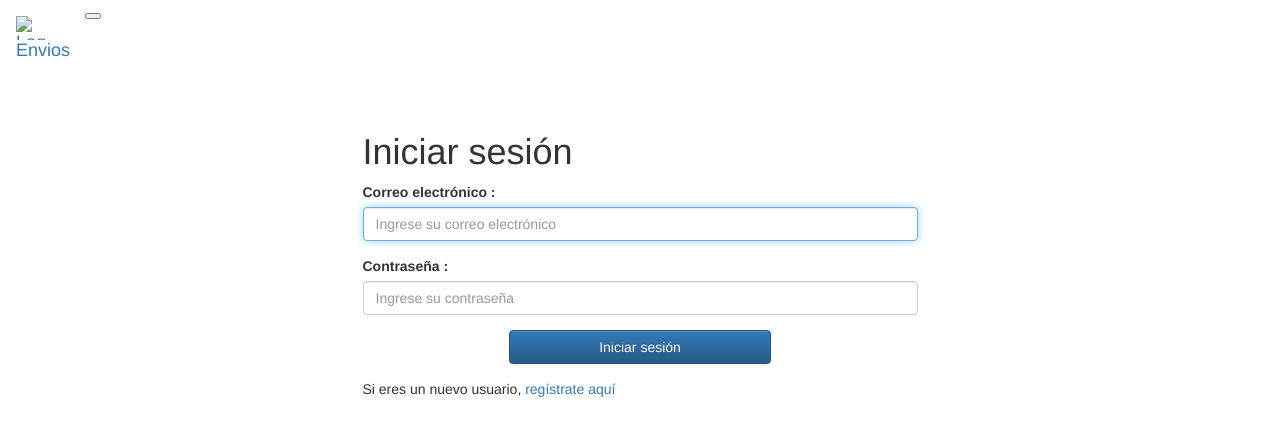
Repository: BolivarCaro/ecenviosweb
Page: http://localhost/login
The author's editor kept a copy of each file at every save. The page is drawn from the files as they stood at one save, then again after the next save.
The browser window is 1280 px wide. The pictures show the whole page.
The page is this project's Thymeleaf template; nobody is signed in. The template is opened directly, without the code that normally fills it, so the values that code supplies are empty.

Above is the page before, as saved 2024-07-14 14:10:00.
Console error (its wording comes from the project's code and is left out).
Not found: sprindbootecenvios/public/images/logoecenvios

### sprindbootecenvios/src/main/resources/templates/login.html
<!DOCTYPE html>
<html xmlns:th="http://www.thymeleaf.org">
<head>
<meta charset="utf-8">
<title>Inicio de sesión</title>
<!-- Latest compiled and minified CSS -->
<link rel="stylesheet"
    href="https://maxcdn.bootstrapcdn.com/bootstrap/3.3.7/css/bootstrap.min.css"
    integrity="sha384-BVYiiSIFeK1dGmJRAkycuHAHRg32OmUcww7on3RYdg4Va+PmSTsz/K68vbdEjh4u"
    crossorigin="anonymous">

<!-- Optional theme -->
<link rel="stylesheet"
    href="https://maxcdn.bootstrapcdn.com/bootstrap/3.3.7/css/bootstrap-theme.min.css"
    integrity="sha384-rHyoN1iRsVXV4nD0JutlnGaslCJuC7uwjduW9SVrLvRYooPp2bWYgmgJQIXwl/Sp"
    crossorigin="anonymous">
</head>
<body>

	<nav class="navbar navbar-bg-light">  <div class="container-fluid">
	    <a class="navbar-brand" href="#">
	      <img src="public/images/logoecenvios" alt="Logo" width="30" height="24">
	      Envios  </a>
	    <button class="navbar-toggler collapsed" type="button" data-toggle="collapse" data-target="#navbar" aria-expanded="false" aria-controls="navbar">
	      <span class="sr-only">Toggle navigation</span>
	      <span class="icon-bar"></span>
	      <span class="icon-bar"></span>
	      <span class="icon-bar"></span>
	    </button>
	    <div id="navbar" class="collapse navbar-collapse">  </div>
	  </div>
	</nav>


    <br>
    <br>

    <div class="container">
        <div class="row">
            <div class="col-md-6 col-md-offset-3">
                <h1>Iniciar sesión</h1>
                <form th:action="@{/login}" method="post">
                    <div th:if="${param.error}">
                        <div class="alert alert-danger">Usuario o contraseña inválidos</div>
                    </div>
                    <div th:if="${param.logout}">
                        <div class="alert alert-info">Ha cerrado sesión exitosamente</div>
                    </div>
                    <div class="form-group">
                        <label for="username">Correo electrónico : </label>
                        <input id="username" name="username" type="text" class="form-control" required autofocus="autofocus"
                               placeholder="Ingrese su correo electrónico">
                    </div>
                    <div class="form-group">
                        <label for="password">Contraseña : </label>
                        <input id="password" type="password" name="password" class="form-control" required
                               placeholder="Ingrese su contraseña">
                    </div>
                    <div class="form-group">
                        <div class="row">
                            <div class="col-md-6 col-md-offset-3">
                                <input type="submit" class="form-control btn btn-primary" name="login-submit" id="login-submit" value="Iniciar sesión" />
                            </div>
                        </div>
                    </div>
                </form>
                <div class="form-group">
                    <span>Si eres un nuevo usuario, <a th:href="@{/record}">regístrate aquí</a></span>
                </div>
            </div>
        </div>
    </div>

    <!-- Latest compiled and minified JavaScript -->
    <script
        src="https://maxcdn.bootstrapcdn.com/bootstrap/3.3.7/js/bootstrap.min.js"
        integrity="sha384-Tc5IQib027qvyjSMfHjOMaLkfuWVxZxUPnCJA7l2mCWNIpG9mGCD8wGNIcPD7Txa"
        crossorigin="anonymous"></script>
</body>
</html>

After the next save:
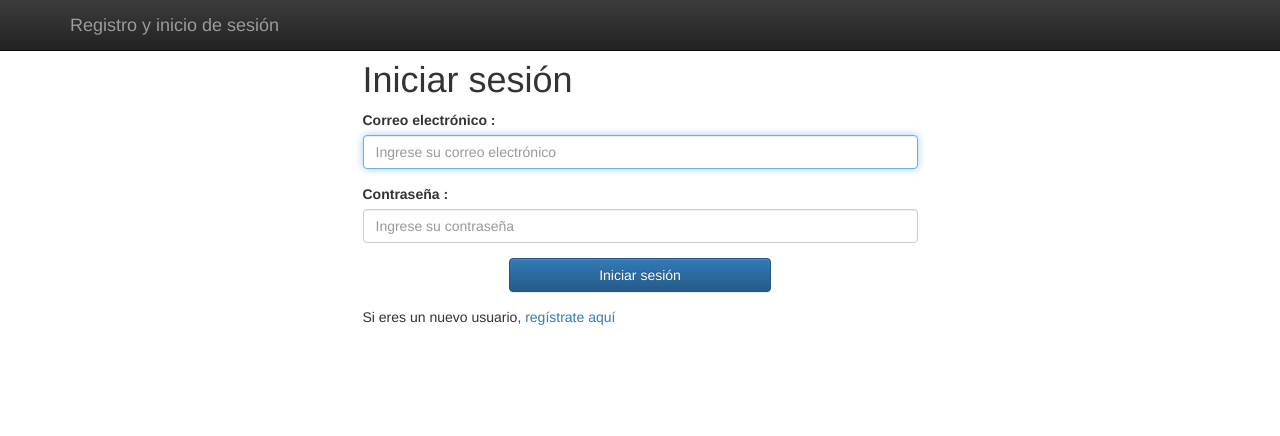
Saved 38 s later.
--- a/sprindbootecenvios/src/main/resources/templates/login.html
+++ b/sprindbootecenvios/src/main/resources/templates/login.html
@@ -17,20 +17,21 @@
 </head>
 <body>
 
-	<nav class="navbar navbar-bg-light">  <div class="container-fluid">
-	    <a class="navbar-brand" href="#">
-	      <img src="public/images/logoecenvios" alt="Logo" width="30" height="24">
-	      Envios  </a>
-	    <button class="navbar-toggler collapsed" type="button" data-toggle="collapse" data-target="#navbar" aria-expanded="false" aria-controls="navbar">
-	      <span class="sr-only">Toggle navigation</span>
-	      <span class="icon-bar"></span>
-	      <span class="icon-bar"></span>
-	      <span class="icon-bar"></span>
-	    </button>
-	    <div id="navbar" class="collapse navbar-collapse">  </div>
-	  </div>
-	</nav>
-
+    <nav class="navbar navbar-inverse navbar-fixed-top">
+        <div class="container">
+            <div class="navbar-header">
+                <button type="button" class="navbar-toggle collapsed"
+                    data-toggle="collapse" data-target="#navbar" aria-expanded="false"
+                    aria-controls="navbar">
+                    <span class="sr-only">Toggle navigation</span> <span
+                        class="icon-bar"></span> <span class="icon-bar"></span> <span
+                        class="icon-bar"></span>
+                </button>
+                <a class="navbar-brand" href="#" th:href="@{/}">Registro y
+                    inicio de sesión</a>
+            </div>
+        </div>
+    </nav>
 
     <br>
     <br>
